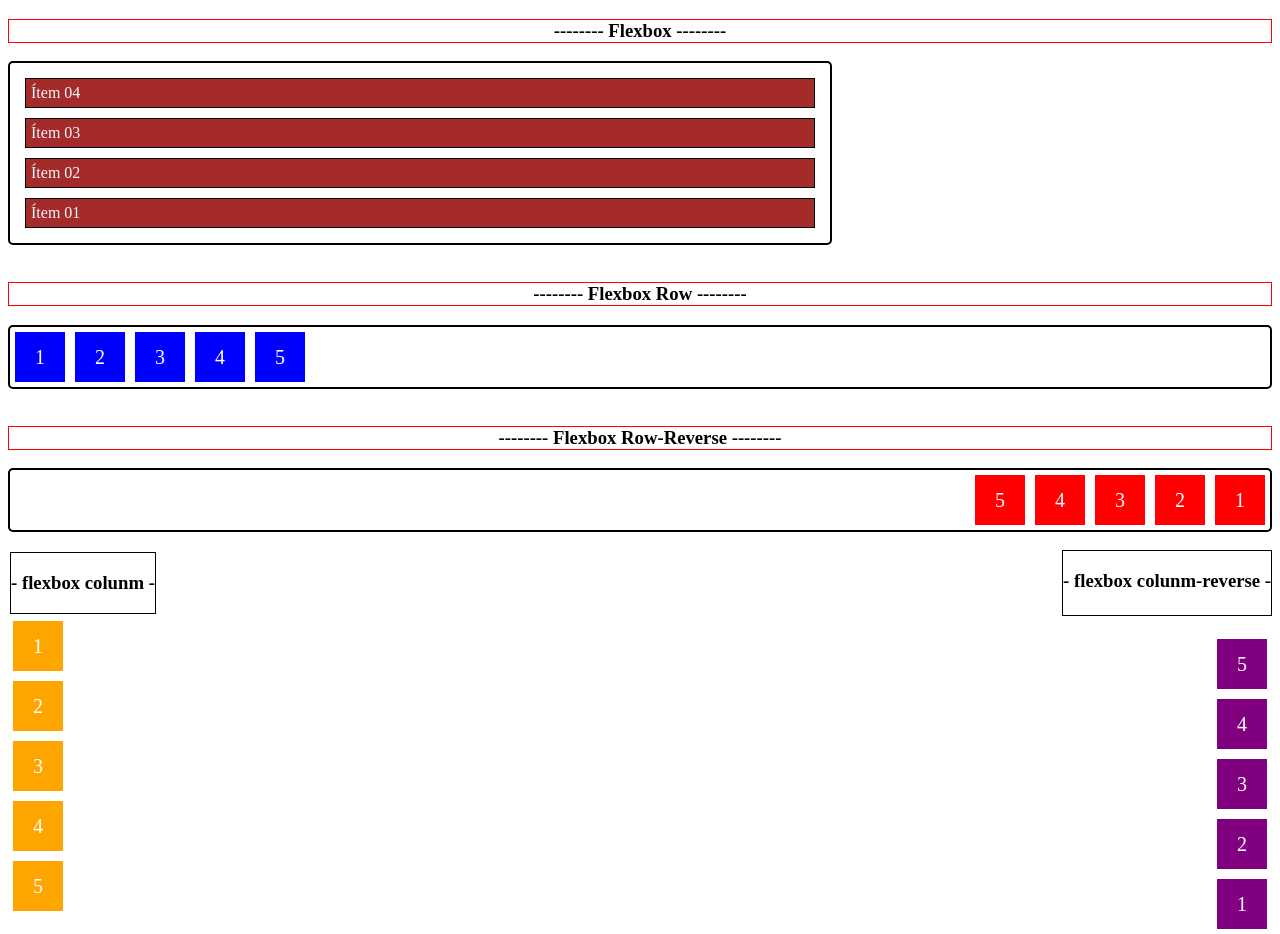
Repository: ozielms/flexbox
Page: outros/flexbox-master/index.html
An editor plug-in stored every save of this project. The page is shown before and after the next save, followed by the edit.
The browser window is 1280 px wide. The pictures show the whole page.

Above is the page before, as saved 2022-04-26 00:16:04.

After the next save:
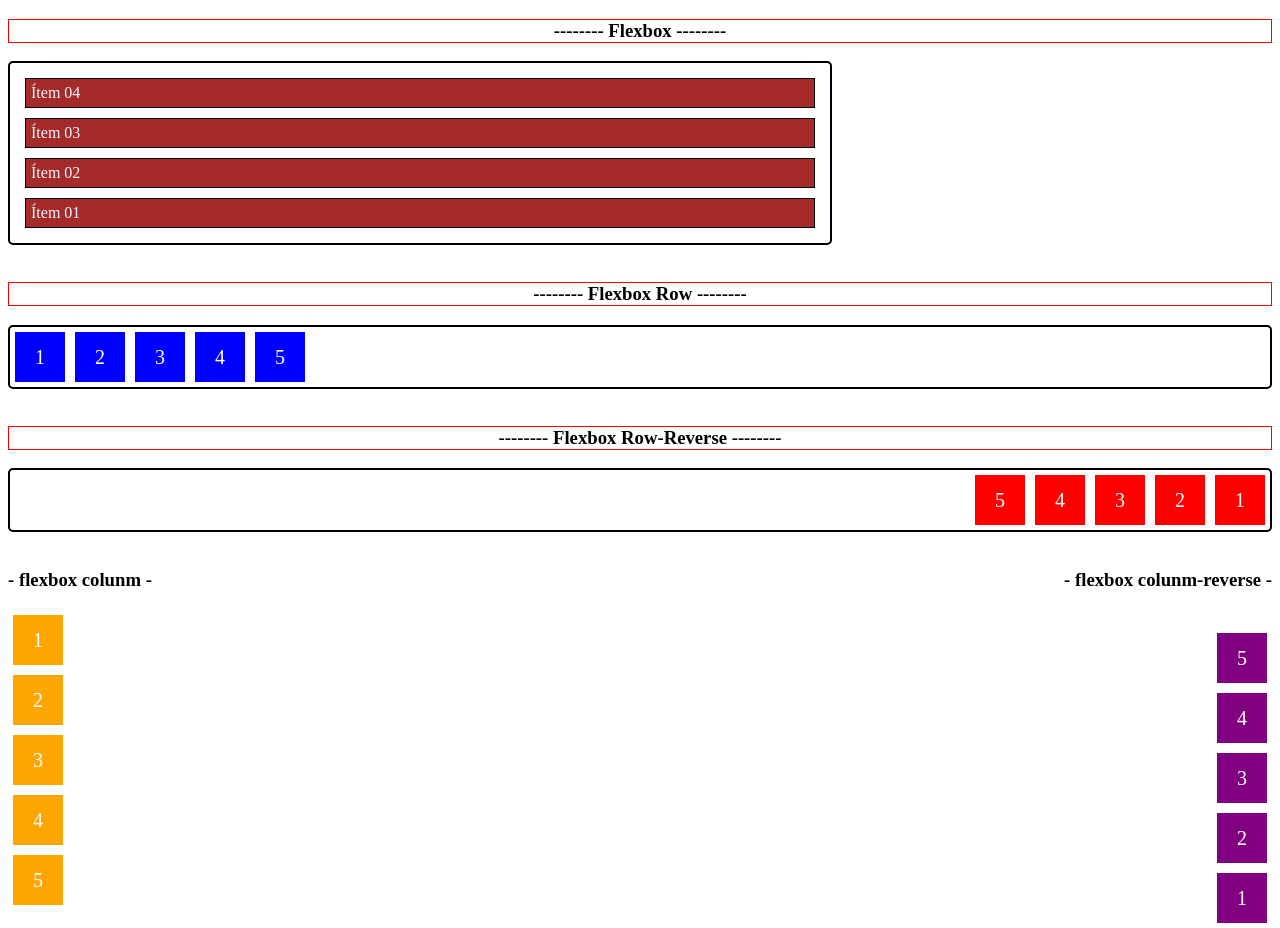
Saved 20 s later.
--- a/outros/flexbox-master/css/estilo.css
+++ b/outros/flexbox-master/css/estilo.css
@@ -8,14 +8,10 @@
     display: flex;
 }
 
-.titulo-colunm {
-    margin: 2px;
-    border: 1px solid black;
-}
+.titulo-colunm {}
 
 .titulo-colunm-reverse {
     margin-left: auto;
-    border: 1px solid black;
 }
 
 
